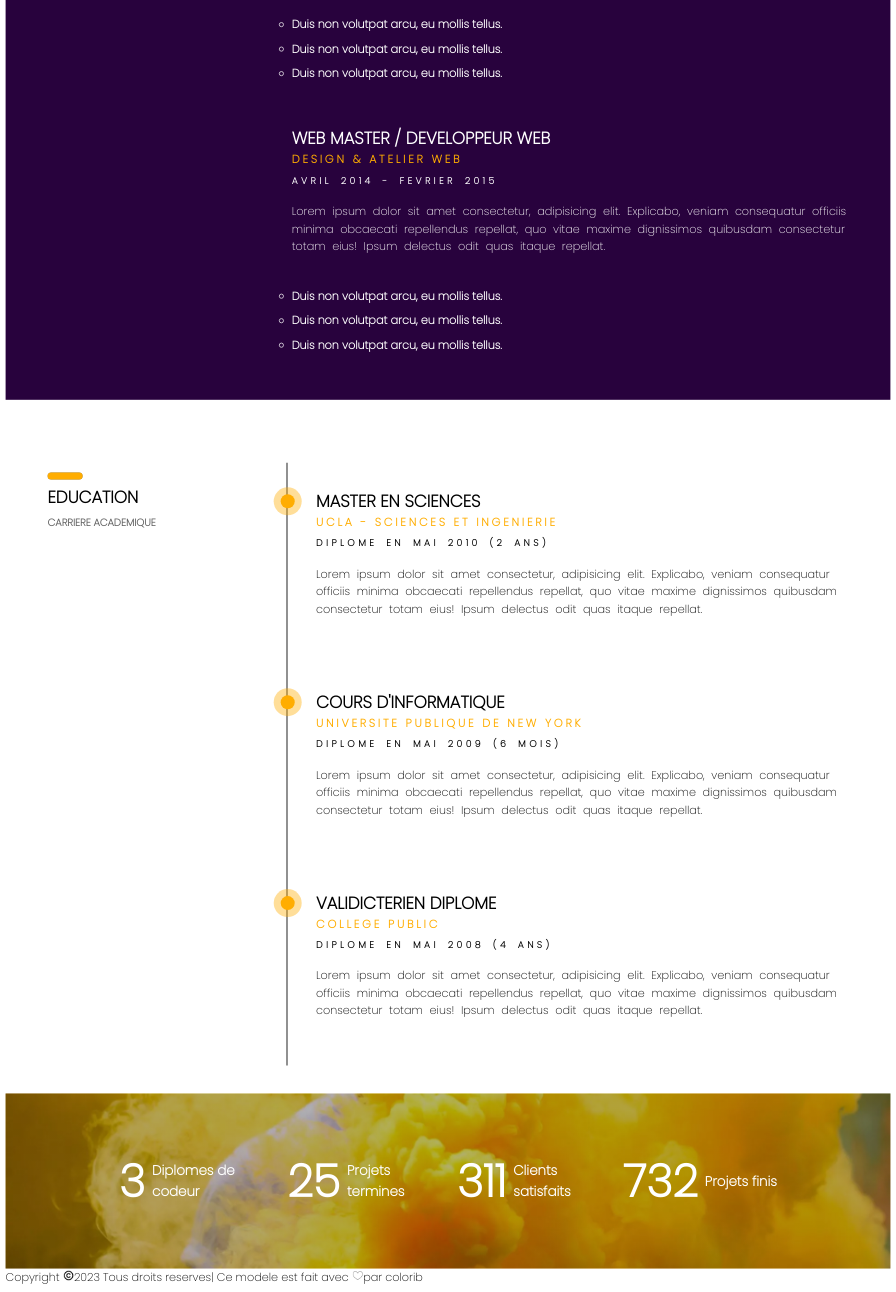
Repository: wadelfadill/CV_PORTFOLIO
Page: index.html
An editor plug-in stored every save of this project. The page is shown before and after the next save, followed by the edit.
The browser window is 1280 px wide. The pictures show the part of the page from y = 3223 to 5143 px (the page is 5068 px tall before and 5143 px after), at 70% of full size.
Some icons come from a web library that is not loaded, so they are not drawn. Backgrounds fixed to the window are drawn as part of the page.

Above is the page before, as saved 2023-03-16 20:06:20.

After the next save:
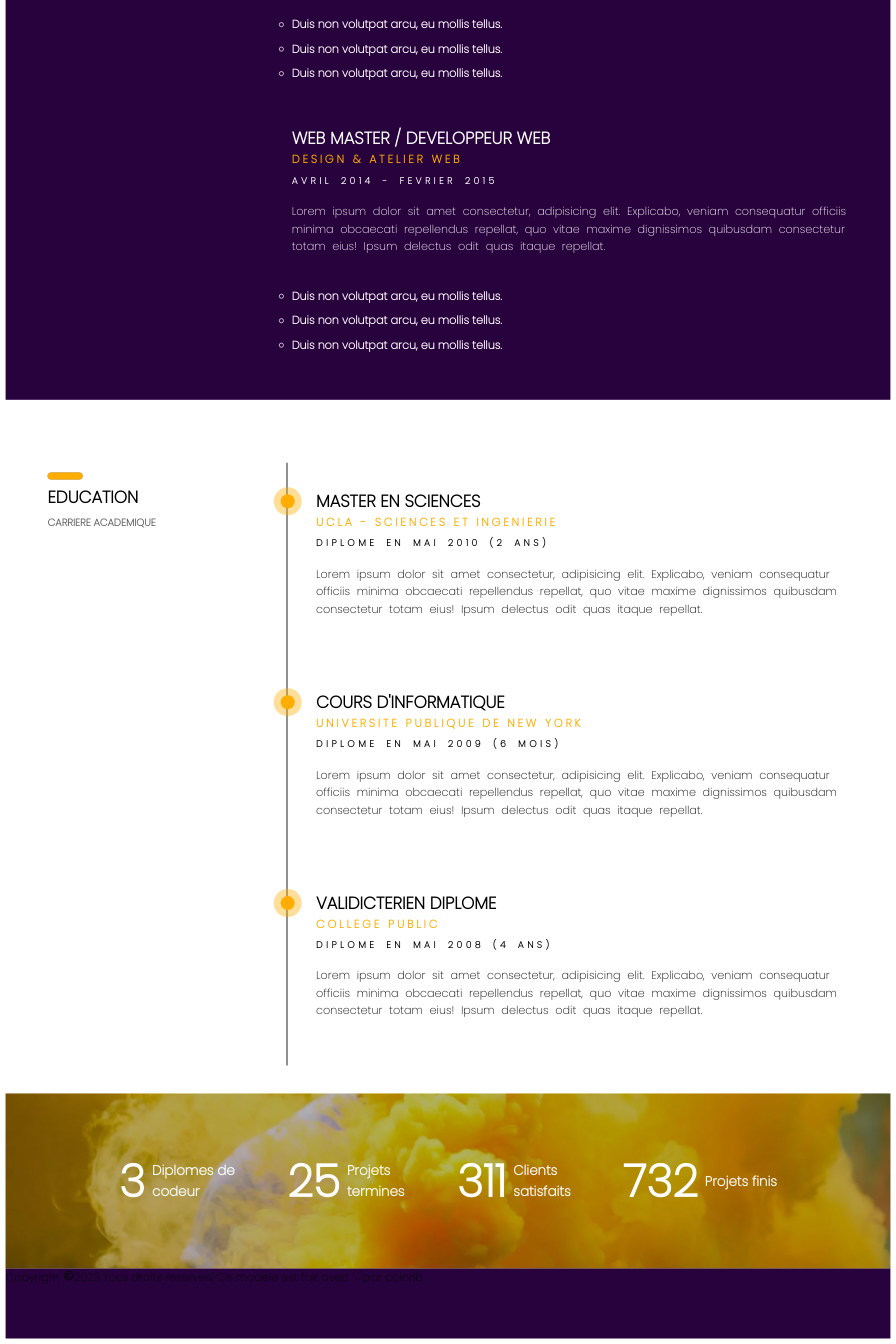
Saved 31 s later.
--- a/style.css
+++ b/style.css
@@ -612,7 +612,7 @@ svg{
     font-size: 1.2em;
     font-weight: 700;
 }
-.footer{
+footer{
     background-color: #28023D;
     height: 100px;
 }
